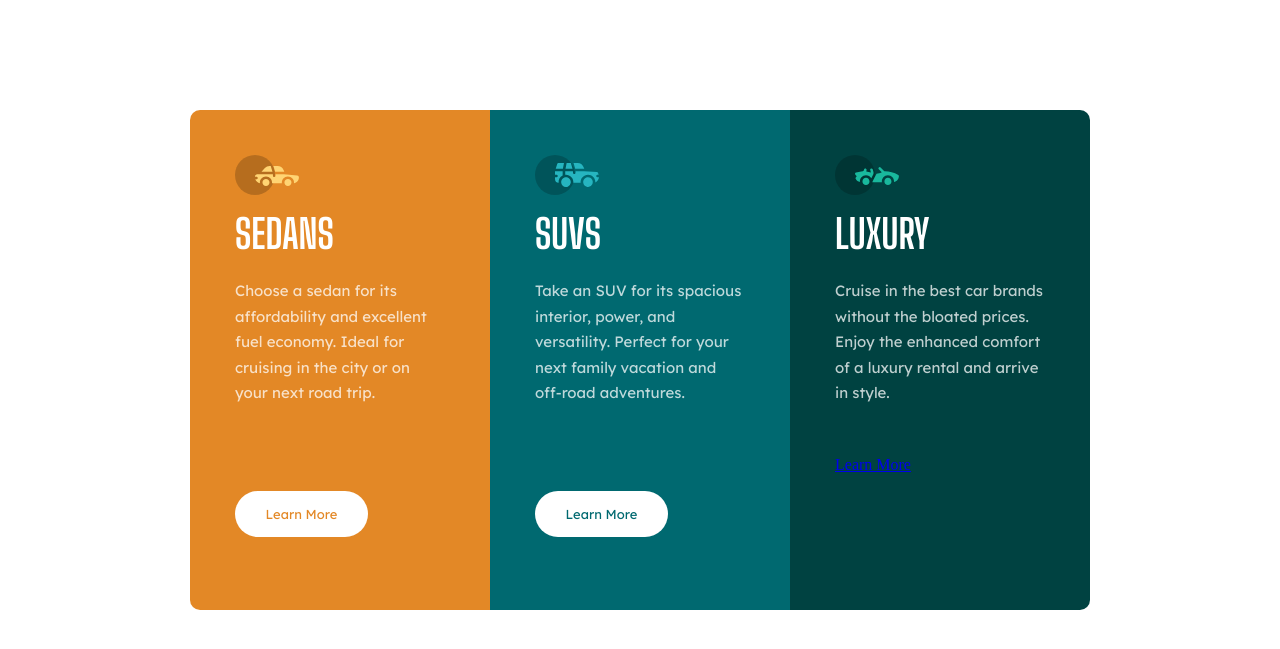
Repository: KamoliddinGIT/column-preview-card
Page: index.html
An editor plug-in stored every save of this project. The page is shown before and after the next save, followed by the edit.
The browser window is 1280 px wide. The pictures show the whole page.

Above is the page before, as saved 2023-09-15 16:43:28.

### index.html
<!DOCTYPE html>
<html lang="en">
  <head>
    <meta charset="UTF-8" />
    <meta name="viewport" content="width=device-width, initial-scale=1.0" />
    <link
      rel="icon"
      type="image/png"
      sizes="32x32"
      href="./images/favicon-32x32.png"
    />
    <link
      href="https://fonts.googleapis.com/css2?family=Lexend+Deca&display=swap"
      rel="stylesheet"
    />
    <link
      href="https://fonts.googleapis.com/css2?family=Big+Shoulders+Display:wght@400;700&display=swap"
      rel="stylesheet"
    />
    <link rel="stylesheet" href="./css/style.css" />
    <title>3-column preview card component</title>
  </head>
  <body>
    <div class="container">
      <div class="card card__1">
        <img src="./images/icon-sedans.svg" alt="sedans" />
        <h1>SEDANS</h1>
        <p>
          Choose a sedan for its affordability and excellent fuel economy. Ideal
          for cruising in the city or on your next road trip.
        </p>
        <a href="#">Learn More</a>
      </div>
      <div class="card card__2">
        <img src="./images/icon-suvs.svg" alt="suvs" />
        <h1>SUVS</h1>
        <p>
          Take an SUV for its spacious interior, power, and versatility. Perfect
          for your next family vacation and off-road adventures.
        </p>
        <a href="#">Learn More</a>
      </div>
      <div class="card card__3">
        <img src="./images/icon-luxury.svg" alt="icon-luxury" />
        <h1>LUXURY</h1>
        <p>
          Cruise in the best car brands without the bloated prices. Enjoy the
          enhanced comfort of a luxury rental and arrive in style.
        </p>
        <a href="#">Learn More</a>
      </div>
    </div>
  </body>
</html>

### css/style.css
* {
  margin: 0;
  padding: 0;
  box-sizing: border-box;
}

body {
  display: flex;
  justify-content: center;
  align-items: center;
  width: 100%;
  height: 100vh;
}

.container {
  display: flex;
  flex-direction: row;
  border-radius: 10px;
  width: 900px;
  height: 500px;
  color: hsla(0, 0%, 100%, 0.75);
}

.card__1 {
  width: 350px;
  height: 100%;
  background-color: hsl(31, 77%, 52%);
  border-top-left-radius: 10px;
  border-bottom-left-radius: 10px;
  padding: 45px;
}

.card__2 {
  width: 350px;
  height: 100%;
  background-color: hsl(184, 100%, 22%);
  padding: 45px;
}

.card__3 {
  width: 350px;
  height: 100%;
  background-color: hsl(179, 100%, 13%);
  border-top-right-radius: 10px;
  border-bottom-right-radius: 10px;
  padding: 45px;
}

.card {
  padding: 45px;
  display: flex;
  flex-direction: column;
}

.card h1 {
  font-family: "Big Shoulders Display", cursive;
  color: #fff;
  text-transform: uppercase;
  margin-top: 15px;
  margin-bottom: 20px;
  font-size: 40px;
}

.card img {
  width: 64px;
  height: 40px;
}

.card p {
  font-family: "Lexend Deca", sans-serif;
  margin: 0 0 50px;
  font-size: 15px;
  line-height: 1.7;
}

.card__1 a {
  display: flex;
  justify-content: center;
  align-items: center;
  font-size: 13px;
  width: 133px;
  text-decoration: none;
  font-family: "Lexend Deca", sans-serif;
  color: hsl(31, 77%, 52%);
  background: #fff;
  margin-top: 35px;
  border-radius: 50px;
  padding: 15px 10px;
}

.card__1 a:hover {
  font-size: 13px;
  display: flex;
  justify-content: center;
  align-items: center;
  border: 2px solid #fff;
  cursor: pointer;
  transition: 0.3s ease;
  background: hsl(31, 77%, 52%);
  font-family: "Lexend Deca", sans-serif;
  color: #fff;
}

.card__2 a {
  display: flex;
  justify-content: center;
  align-items: center;
  font-size: 13px;
  width: 133px;
  text-decoration: none;
  font-family: "Lexend Deca", sans-serif;
  color: hsl(184, 100%, 22%);
  background: #fff;
  margin-top: 35px;
  border-radius: 50px;
  padding: 15px 10px;
}

.card__2 a:hover {
  font-size: 13px;
  display: flex;
  justify-content: center;
  align-items: center;
  border: 2px solid #fff;
  cursor: pointer;
  transition: 0.3s ease;
  background: hsl(184, 100%, 22%);
  font-family: "Lexend Deca", sans-serif;
  color: #fff;
}

After the next save:
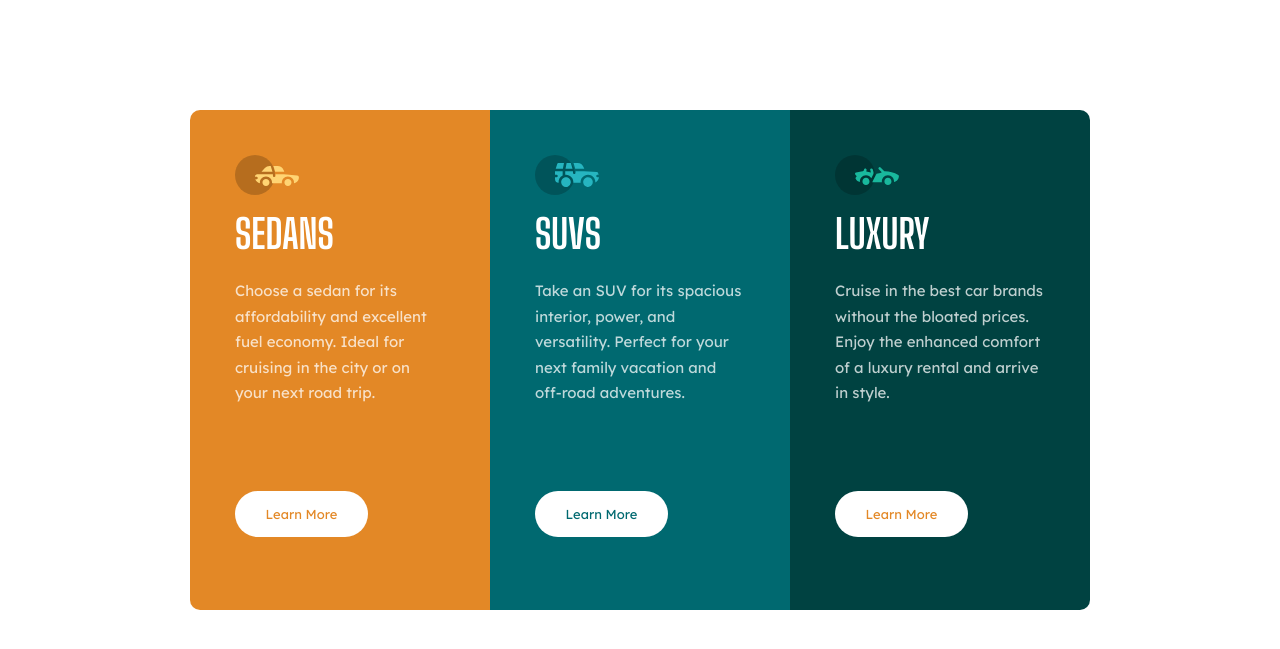
Saved 11 s later.
--- a/css/style.css
+++ b/css/style.css
@@ -128,3 +128,31 @@
   font-family: "Lexend Deca", sans-serif;
   color: #fff;
 }
+
+.card__3 a {
+  display: flex;
+  justify-content: center;
+  align-items: center;
+  font-size: 13px;
+  width: 133px;
+  text-decoration: none;
+  font-family: "Lexend Deca", sans-serif;
+  color: hsl(31, 77%, 52%);
+  background: #fff;
+  margin-top: 35px;
+  border-radius: 50px;
+  padding: 15px 10px;
+}
+
+.card__3 a:hover {
+  font-size: 13px;
+  display: flex;
+  justify-content: center;
+  align-items: center;
+  border: 2px solid #fff;
+  cursor: pointer;
+  transition: 0.3s ease;
+  background: hsl(31, 77%, 52%);
+  font-family: "Lexend Deca", sans-serif;
+  color: #fff;
+}
